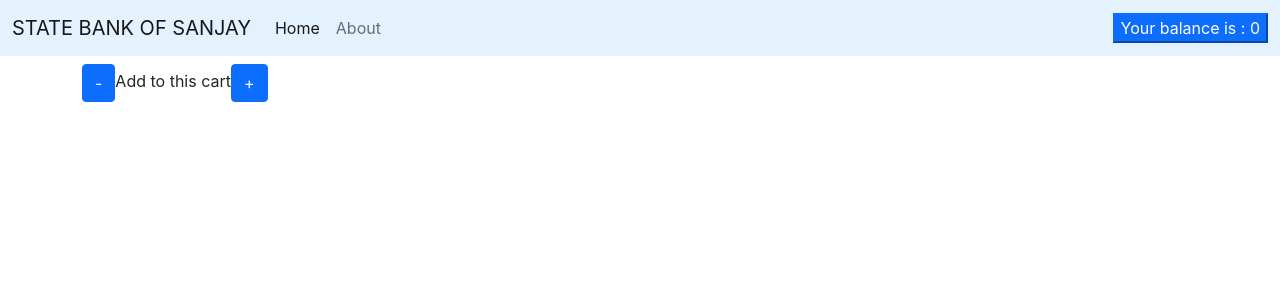
Repository: Sanjayjangra88/online_shop
Page: /products
An editor plug-in stored every save of this project. The page is shown before and after the next save, followed by the edit.
The browser window is 1280 px wide. The pictures show the whole page.
The project was rebuilt for these pictures with package versions that can differ from the ones it lists, and the page was loaded fresh each time. Also part of the build but not shown: src/App.css.

Above is the page before, as saved 2022-03-29 13:33:21.

After the next save:
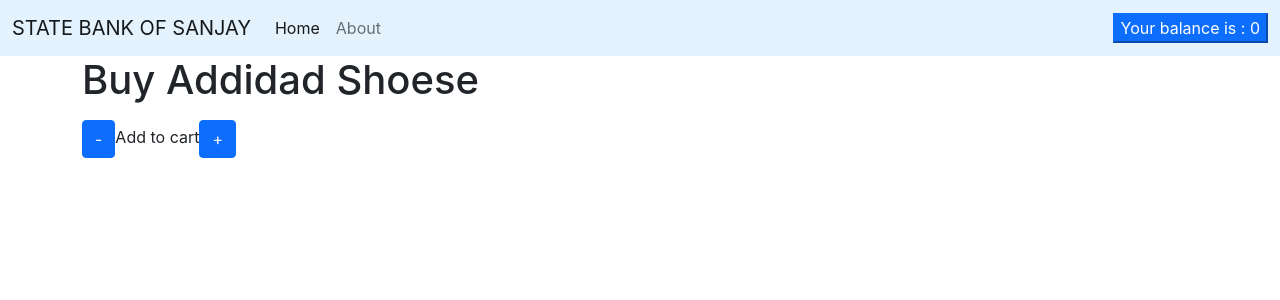
Saved 55 s later.
--- a/src/components/Shop.js
+++ b/src/components/Shop.js
@@ -3,8 +3,9 @@
 const Shop = () => {
   return (
     <div>
+        <h1>Buy Addidad Shoese</h1>
       <button className="btn btn-primary my-2">-</button>
-       Add to this cart
+       Add to  cart
       <button className="btn btn-primary my-2">+</button>
     </div>
   )
